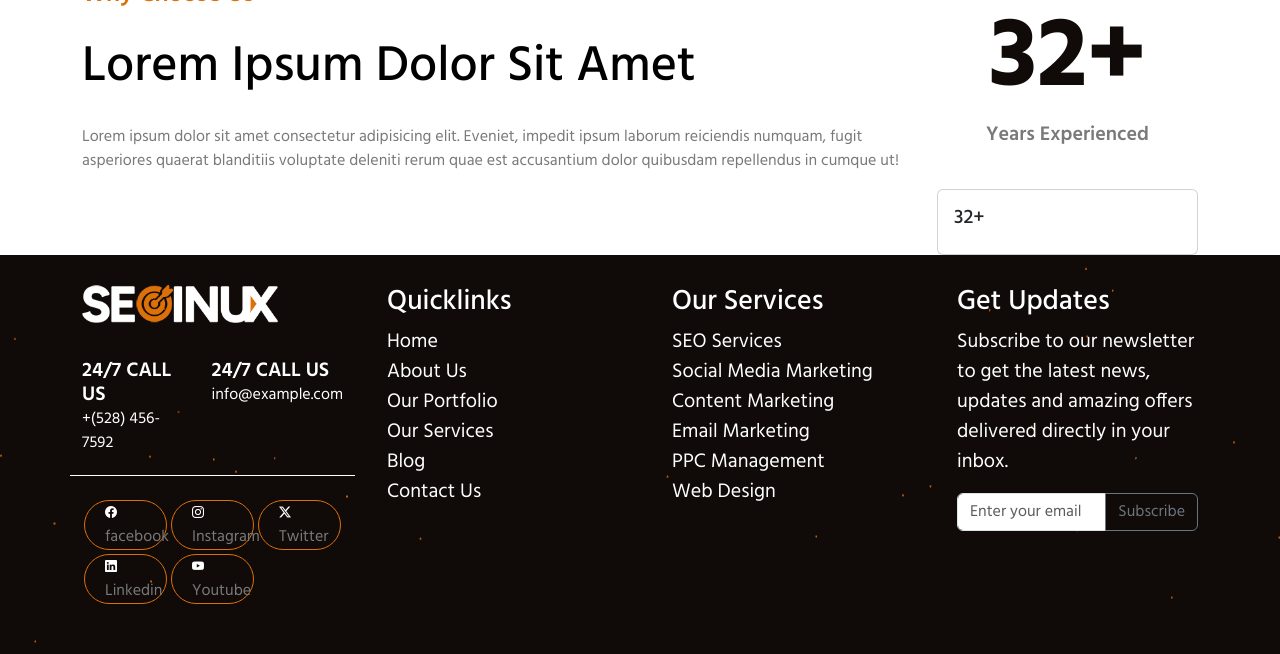
Repository: tagnam/seoinox
Page: about.html
The author's editor kept a copy of each file at every save. The page is drawn from the files as they stood at one save, then again after a run of saves.
The browser window is 1280 px wide. The pictures show the part of the page from y = 3019 to 3697 px (the page is 3673 px tall before and 3697 px after).
A picture or video elsewhere on the page could not be fetched, so the positions and the page height are approximate. Backgrounds fixed to the window are drawn as part of the page.

Above is the page before, as saved 2025-02-26 11:10:46.

### about.html
<!DOCTYPE html>
<html lang="en">
<head>
    <meta charset="UTF-8">
    <meta name="viewport" content="width=device-width, initial-scale=1.0">
    <title>SEOINOX</title>
    <link href="https://cdn.jsdelivr.net/npm/bootstrap@5.3.3/dist/css/bootstrap.min.css" rel="stylesheet" integrity="sha384-QWTKZyjpPEjISv5WaRU9OFeRpok6YctnYmDr5pNlyT2bRjXh0JMhjY6hW+ALEwIH" crossorigin="anonymous">
    <link rel="stylesheet" href="style/css/style.css">
    <link rel="stylesheet" href="style/css/responsive.css">
    <link rel="stylesheet" href="style/css/animation.css">
</head>


<body>
  <header>
    <nav class="navbar navbar-expand-lg ">
        <div class="container-fluid">
          <a class="navbar-brand" href="#"><img src="images/main-logo-sec.png" width="100%" alt=""></a>
          <button class="navbar-toggler" type="button" data-bs-toggle="collapse" data-bs-target="#navbarSupportedContent" aria-controls="navbarSupportedContent" aria-expanded="false" aria-label="Toggle navigation">
            <span class="navbar-toggler-icon"></span>
          </button>
          <div class="collapse navbar-collapse custom-navbar-collapse" id="navbarSupportedContent">
            <ul class="navbar-nav custom-navbar-nav">
              <li class="nav-item">
                <a class="nav-link active" aria-current="page" href="/">Home</a>
              </li>
              <li class="nav-item">
                <a class="nav-link" href="about.html">About US</a>
              </li>
              <li class="nav-item">
                <a class="nav-link" href="portfolio.html">Our Portfolio</a>
              </li>
              <li class="nav-item">
                <a class="nav-link" href="service.html">Our Services</a>
              </li>
              <li class="nav-item">
                <a class="nav-link" href="blog.html">Blog</a>
              </li>
              <li class="nav-item">
                <a class="nav-link" href="contact.html">Contact Us</a>
              </li>
            </ul>
            <div class="d-flex" role="search">
                    <div class="menu-icon">
                        <div class="menu-icon-item"> </div>
                        <div class="menu-icon-item"></div>
                        <div class="menu-icon-item"></div>
                    </div>
            </div>
          </div>
        </div>
      </nav>
  </header>


<!--====================================== start hero section  ============================-->
 <section class="inner-page-hero-section">
    <div class="container">
        <div class="row">
                <div class="col-lg-12" style="z-index: 10;">
                    <div class="page-title">
                        <h2> About Us</h2>
                    </div>
                </div>
        </div>
    </div>
    <div class="overlay"></div>
 </section>

<!--====================================== end hero section  ============================-->

  <!--====================================== start about section  ============================-->
  <section class="about-section">
    <div class="container">
      <div class="row">
        <div class="col-lg-6" style="height: 800px;">
          <div class="about-img-container">
            <img src="images/about-image.png" alt="">
          </div>
        </div>
        <div class="col-lg-6">

          <div class="about-content-container">
            <div class="about-content">
              <h2 class="about-main-heading" style="text-align: start;">About Us</h2>
              <p class="about-sub-heading" style="text-align: start ; line-height: 80px;">Lorem ipsum dolor sit amet</p>
          </div>
          <p>At the core of our journey lies a commitment to driving growth fueled by a combination of expertise and passion. We believe growth is not just about numbers—it's about creating meaningful impact, fostering innovation, and building relationships that last. Our team brings a wealth of knowledge, experience, and dedication to every project.</p>
          <div class="about-card card">
            <div class="row g-4">
              <div class="col" style="background-color: #F7F7F7; border-radius: 15px;  ">
                <div class="card-body mission-vission">
                  <h5 class="card-title">Our Mission</h5>
                  <p class="card-text">Lorem ipsum dolor sit amet, consectetur adipiscing elit. </p>
                </div>
              </div>
              <div class="col" >
                <div class="card-body mission-vission">
                  <h5 class="card-title">Our Vision</h5>
                  <p class="card-text">Lorem ipsum dolor sit amet, consectetur adipiscing elit. </p>
                </div>
              </div>
            </div>
          </div>
        </div>
        </div>
      </div>
    </div>
  </section>

    <!--====================================== end about section  ============================-->
    <div class="clearfix"></div>


    <!--====================================== start choice  section  ============================-->

<section class="ab-page-choice-section">
<div class="container">
  <div class="row">
    <div class="col-lg-6" style="padding: 0px 50px;">
      <div class="about-content" >
        <h2 class="about-main-heading" style="text-align: start;">About Us</h2>
        <p class="about-sub-heading" style="text-align: start ; line-height: 80px; color: #fff;">Lorem ipsum dolor sit amet</p>
        <p style="text-align: start; color: #F7F7F7;">At the core of our journey lies a commitment to driving growth fueled by a combination of expertise and passion. We believe growth is not just about numbers—it's about creating meaningful impact, fostering innovation, and building relationships that last. Our team brings a wealth of knowledge, experience, and dedication to every project.</p>

    </div>
    </div>
    <div class="col-lg-6" style="padding: 0px 50px;">
      <div class="row row-cols-1 row-cols-md-2 g-4">
        <div class="col">
            <div class="card-body" style="color: #fff;">
              <h5 class="card-title choice-num">60<span>M</span></h5>
              <p class="card-text">Lorem ipsum dolor sit amet, consectetur adipiscing elit. </p>
          </div>
        </div>
        <div class="col">
          <div class="card-body" style="color: #fff;">
            <h5 class="card-title choice-num">80<span>%</span></h5>
            <p class="card-text">Lorem ipsum dolor sit amet, consectetur adipiscing elit. </p>
        </div>
        </div>
        <div class="col">
          <div class="card-body" style="color: #fff;">
            <h5 class="card-title choice-num">95<span>%</span> </h5>
            <p class="card-text">Lorem ipsum dolor sit amet, consectetur adipiscing elit. </p>
        </div>
        </div>
        <div class="col">
          <div class="card-body" style="color: #fff;">
            <h5 class="card-title choice-num">75<span>K</span> </h5>
            <p class="card-text">Lorem ipsum dolor sit amet, consectetur adipiscing elit. </p>
        </div>
        </div>
      </div>
    </div>
  </div>
</div>

</section>

        <!--====================================== end choice section  ============================-->

  <!--====================================== start choose section  ============================-->


  <section class="choose-section">
    <div class="container">
      <div class="row">
          <div class="col-lg-6 d-flex align-items-center">
              <div class="about-content">
                  <h2 class="about-main-heading" style="text-align: start;">Why Choose Us</h2>
                  <p class="about-sub-heading" style="text-align: start; font-size: 50px;">Lorem ipsum dolor sit amet</p>
                  <p  style="text-align: start;">Lorem ipsum dolor sit amet consectetur adipisicing elit. Eveniet, impedit ipsum laborum reiciendis numquam, fugit asperiores quaerat blanditiis voluptate deleniti rerum quae est accusantium dolor quibusdam repellendus in cumque ut!</p>

              </div>
          </div>
          <div class="col-lg-6">
            <div class="chooise-card-container">
              <div class="card chooise-card mb-5" >
                <div class="row g-0">
                  <div class="col-md-3">
                    <div class="choice-img-container">
                      <img src="images/step1.png" class="img-fluid" alt="...">
                    </div>
                  </div>
                  <div class="col-md-9">
                    <div class="card-body">
                      <h5 class="card-title choice-title">Card title</h5>
                      <p class="card-text">This is a wider card with supporting text below as a natural lead-in to additional content. This content is a little bit longer.</p>
                    </div>
                  </div>
                </div>
              </div>
              <div class="card chooise-card mb-5" >
                <div class="row g-0">
                  <div class="col-md-3">
                    <div class="choice-img-container">
                      <img src="images/step1.png" class="img-fluid" alt="...">
                    </div>
                  </div>
                  <div class="col-md-9">
                    <div class="card-body">
                      <h5 class="card-title choice-title">Card title</h5>
                      <p class="card-text">This is a wider card with supporting text below as a natural lead-in to additional content. This content is a little bit longer.</p>
                    </div>
                  </div>
                </div>
              </div>
              <div class="card chooise-card mb-5" >
                <div class="row g-0">
                  <div class="col-md-3">
                    <div class="choice-img-container">
                      <img src="images/step1.png" class="img-fluid" alt="...">
                    </div>
                  </div>
                  <div class="col-md-9">
                    <div class="card-body">
                      <h5 class="card-title choice-title">Card title</h5>
                      <p class="card-text">This is a wider card with supporting text below as a natural lead-in to additional content. This content is a little bit longer.</p>
                    </div>
                  </div>
                </div>
              </div>
              <div class="card chooise-card mb-5" >
                <div class="row g-0">
                  <div class="col-md-3">
                    <div class="choice-img-container">
                      <img src="images/step1.png" class="img-fluid" alt="...">
                    </div>
                  </div>
                  <div class="col-md-9">
                    <div class="card-body">
                      <h5 class="card-title choice-title">Card title</h5>
                      <p class="card-text">This is a wider card with supporting text below as a natural lead-in to additional content. This content is a little bit longer.</p>
                    </div>
                  </div>
                </div>
              </div>
            </div>
          </div>
      </div>
  </div>
</section>

  <!--====================================== end choose section  ============================-->
  <div class="clearfix"></div>

  <!--====================================== start team section  ============================-->

  <section>
    <div class="container">
      <div class="row">
        <div class="col-lg-9">
          <div class="about-content">
            <h2 class="about-main-heading" style="text-align: start;">Why Choose Us</h2>
            <p class="about-sub-heading" style="text-align: start; font-size: 50px;">Lorem ipsum dolor sit amet</p>
            <p  style="text-align: start;">Lorem ipsum dolor sit amet consectetur adipisicing elit. Eveniet, impedit ipsum laborum reiciendis numquam, fugit asperiores quaerat blanditiis voluptate deleniti rerum quae est accusantium dolor quibusdam repellendus in cumque ut!</p>

        </div>
        </div>
        <div class="col-lg-3">
          <div class="card-body">
            <h5 class="card-title exp-title">32+</h5>
            <p class="card-text " style="text-align: center; font-size: 20px; font-weight: 600;">Years Experienced</p>
          </div>
        </div>
      </div>
    </div>

    <div class="container">
      <div class="row">
        <div class="col-lg-9">

        </div>
        <div class="col-lg-3">
          <div class="card">
            <div class="card-body">
              <h5 class="card-title">32+</h5>
            </div>
          </div>
        </div>
      </div>
    </div>
  </section>
  <!--====================================== end team section  ============================-->











<footer>
  <div class="container">
    <div class="row">
      <div class="col">
        <figure>
          <img src="images/main-logo.png" alt="" style="width: 75%;">
        </figure>
        <div class="row" style="padding: 20px 0px; border-bottom: 1px solid #fff;">
          <div class="col">
            <h4 class="footer-heading">24/7 CALL US</h4>
            <a href="" class="footer-link">+(528) 456-7592</a>
          </div>
          <div class="col">
            <h4 class="footer-heading">24/7 CALL US</h4>
            <a href="" class="footer-link">info@example.com</a>
          </div>
        </div>
        <div class="social-container row-cols-md-3  row g-1">
          <div class="col">
            <div class="social-icon"> <span><i class="bi bi-facebook"></i></span> facebook </div>
          </div>
          <div class="col">
            <div class="social-icon"> <span><i class="bi bi-instagram"></i></span> Instagram </div>
          </div>
          <div class="col">
            <div class="social-icon"> <span><i class="bi bi-twitter-x"></i></span> Twitter </div>
          </div>
          <div class="col">
            <div class="social-icon"> <span><i class="bi bi-linkedin"></i></span> Linkedin</div>
          </div>
          <div class="col">
            <div class="social-icon"> <span><i class="bi bi-youtube"></i></span> Youtube</div>
          </div>
        </div>
      </div>
      <div class="col">
          <div class="footer-content-heading">
              <h3><i class="ri-circle-fill"></i> Quicklinks</h3>
              <ul class="footer-list">
                <li><i class="ri-arrow-right-double-line"></i> <a class="footer-link" href="">Home</a></li>
                <li><i class="ri-arrow-right-double-line"></i> <a class="footer-link" href="">About Us</a></li>
                <li><i class="ri-arrow-right-double-line"></i> <a class="footer-link" href="">Our Portfolio</a></li>
                <li><i class="ri-arrow-right-double-line"></i> <a class="footer-link" href="">Our Services</a></li>
                <li><i class="ri-arrow-right-double-line"></i> <a class="footer-link" href="">Blog</a></li>
                <li><i class="ri-arrow-right-double-line"></i> <a class="footer-link" href="">Contact Us</a></li>
          </div>
      </div>
      <div class="col">
        <div class="footer-content-heading">
          <h3><i class="ri-circle-fill"></i> Our Services</h3>
            <ul class="footer-list">
              <li><i class="ri-arrow-right-double-line"></i> <a class="footer-link" href="">SEO Services</a></li>
              <li><i class="ri-arrow-right-double-line"></i> <a class="footer-link" href="">Social Media Marketing</a></li>
              <li><i class="ri-arrow-right-double-line"></i> <a class="footer-link" href="">Content Marketing</a></li>
              <li><i class="ri-arrow-right-double-line"></i> <a class="footer-link" href="">Email Marketing</a></li>
              <li><i class="ri-arrow-right-double-line"></i> <a class="footer-link" href="">PPC Management</a></li>
              <li><i class="ri-arrow-right-double-line"></i> <a class="footer-link" href="">Web Design</a></li>
            </ul>
      </div>
      </div>
      <div class="col">
        <div class="footer-content-heading">
          <h3><i class="ri-circle-fill"></i> Get Updates</h3>
          <p>Subscribe to our newsletter to get the latest news, updates and amazing offers delivered directly in your inbox.</p>
          <form action="">
            <div class="input-group mb-3">
              <input type="text" class="form-control" placeholder="Enter your email" aria-label="Recipient's username" aria-describedby="button-addon2">
              <button class="btn btn-outline-secondary" type="button" id="button-addon2">Subscribe</button>
            </div>
          </form>

      </div>
      </div>
    </div>
  </div>
</footer>
<script src="https://cdn.jsdelivr.net/npm/bootstrap@5.3.3/dist/js/bootstrap.bundle.min.js" integrity="sha384-YvpcrYf0tY3lHB60NNkmXc5s9fDVZLESaAA55NDzOxhy9GkcIdslK1eN7N6jIeHz" crossorigin="anonymous"></script>
<script src="https://unpkg.com/@studio-freight/lenis@1.0.42/dist/lenis.min.js"></script>

<script src="style/js/custom.js"></script>
</body>
</html>

Loaded but not shown: style/js/custom.js (12 lines, source omitted); style/css/style.css (603 lines, source omitted); style/css/responsive.css (no stored copy; drawn as an empty file); style/css/animation.css (no stored copy; drawn as an empty file)

After the next 3 saves:
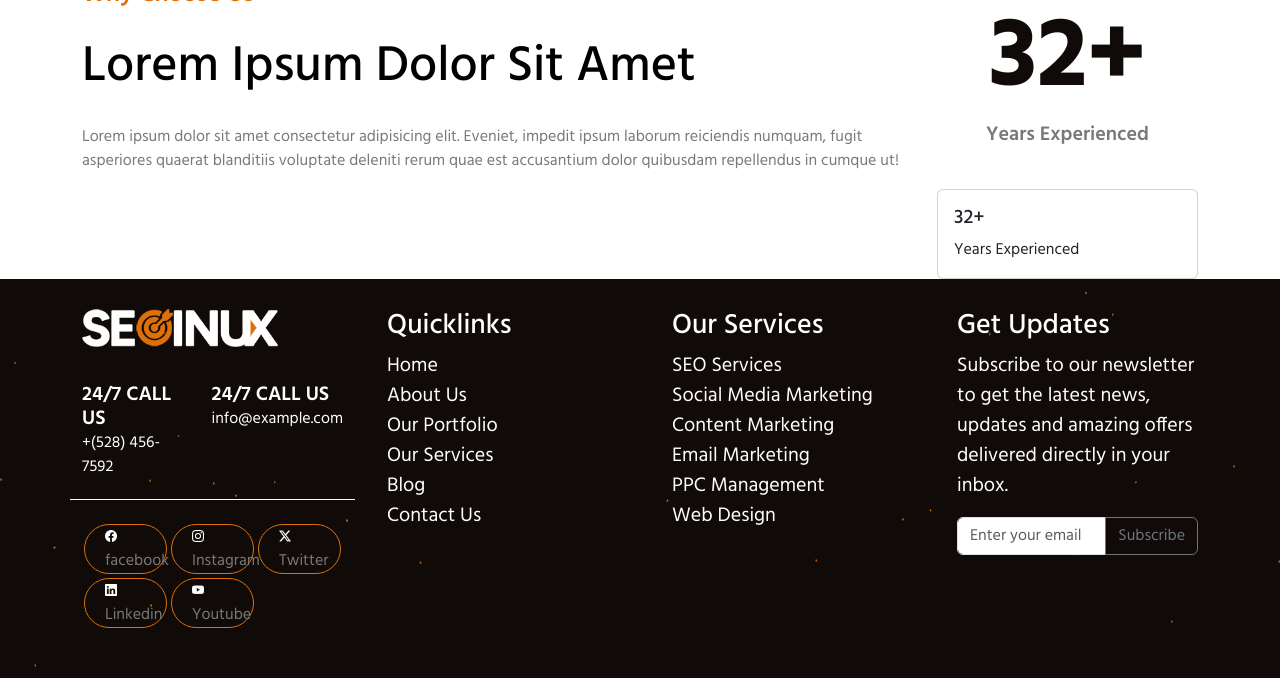
The 3 saves are shown as one change because they came seconds apart.
The last was saved 7 s later.
--- a/about.html
+++ b/about.html
@@ -276,6 +276,8 @@
           <div class="card">
             <div class="card-body">
               <h5 class="card-title">32+</h5>
+              <p class="card-text">Years Experienced</p>
+
             </div>
           </div>
         </div>
